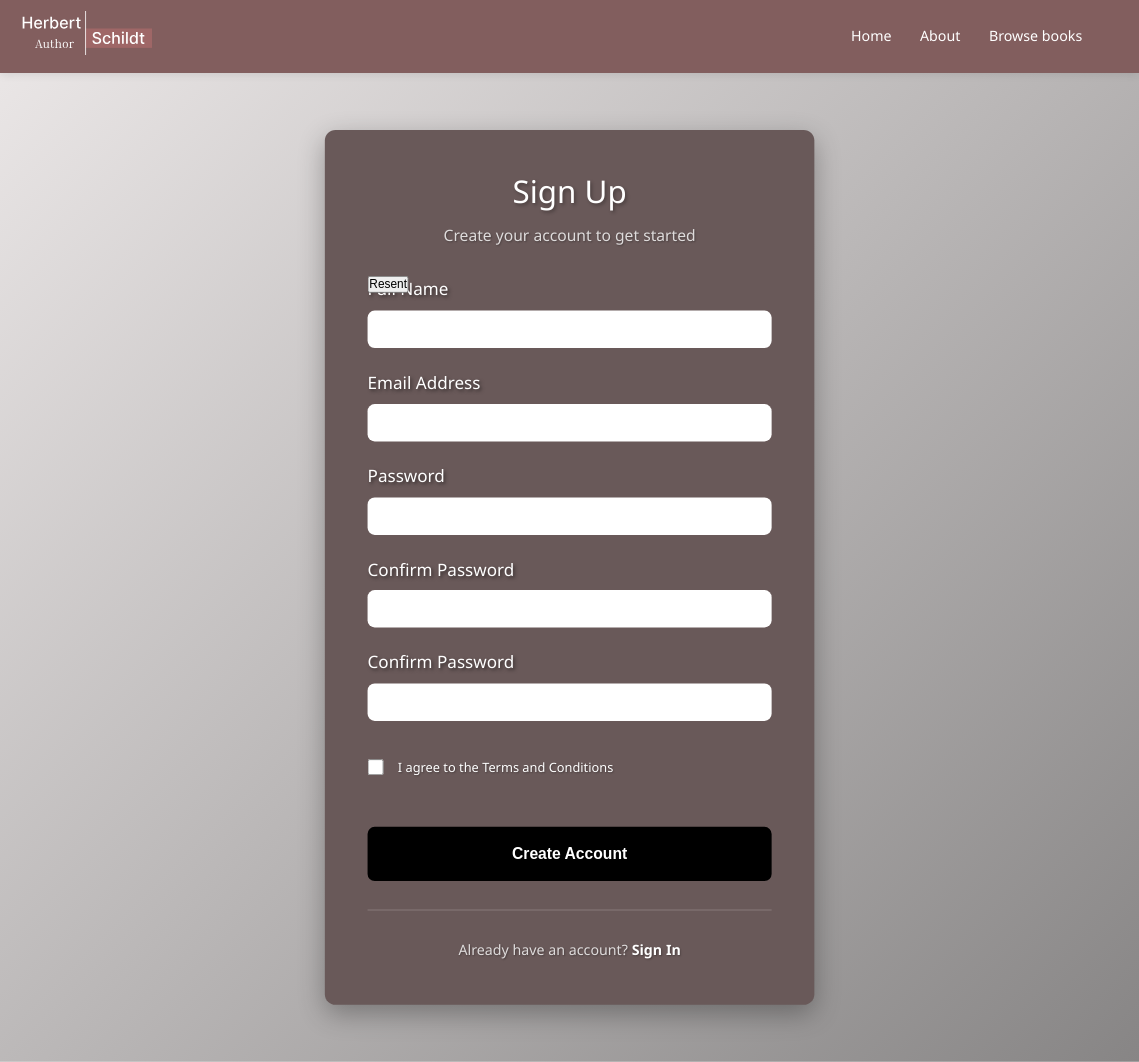
Repository: Darkrepo23/Author-Website-
Page: pages/signup.html
These files come from the project's save history. The page is drawn as it stood at one moment and after the next save; the edit follows.
The browser window is 1280 px wide. The pictures show the whole page, at 89% of full size.

Above is the page before, as saved 2025-09-23 12:56:57.
Console error: SyntaxError: Unexpected token ':'

After the next save:
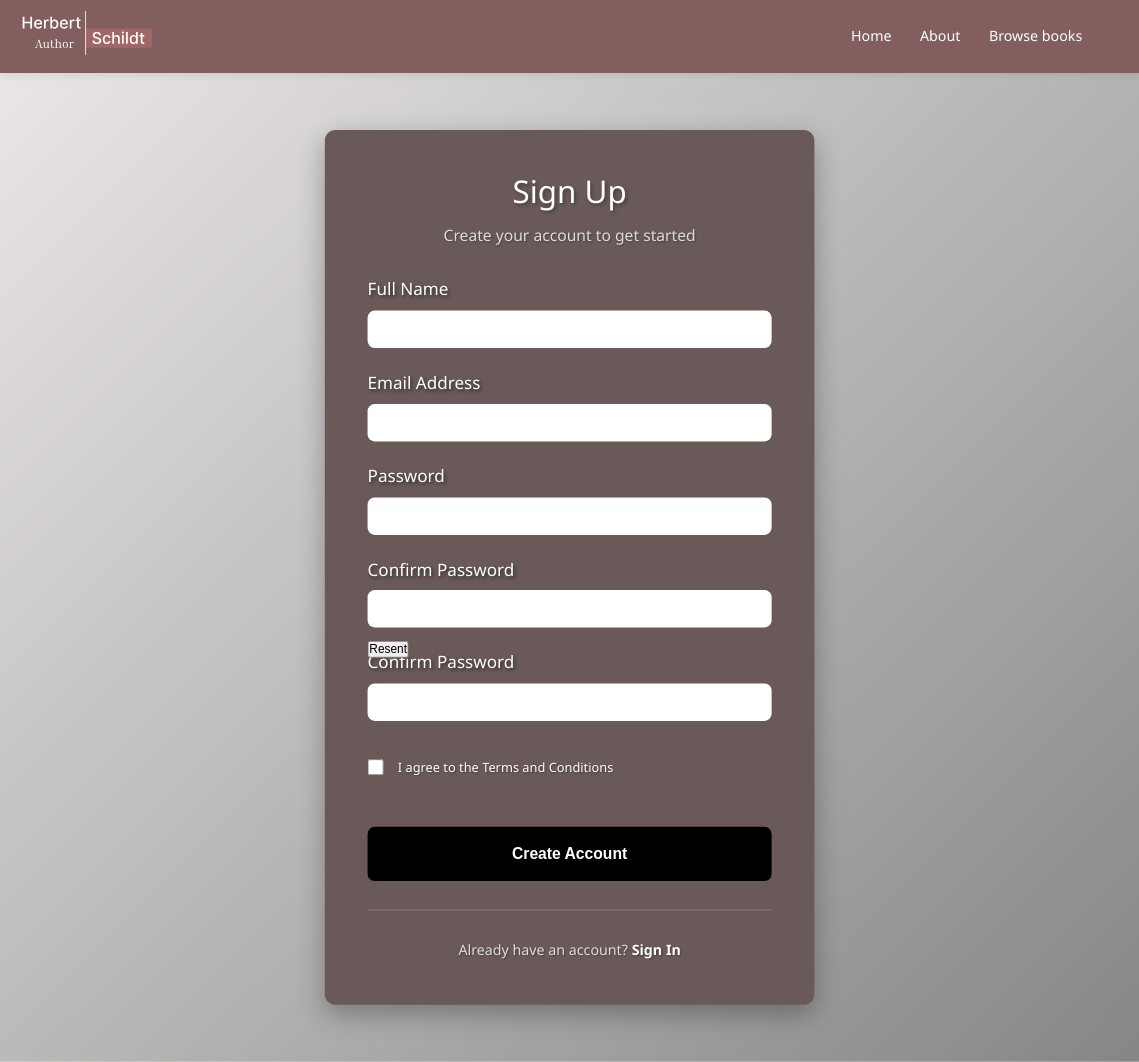
Saved 8 s later.
--- a/css/login.css
+++ b/css/login.css
@@ -151,7 +151,7 @@
 
 .res {
     position: absolute;
-    position: 100;
+    top: 100%;
 }
 
 
